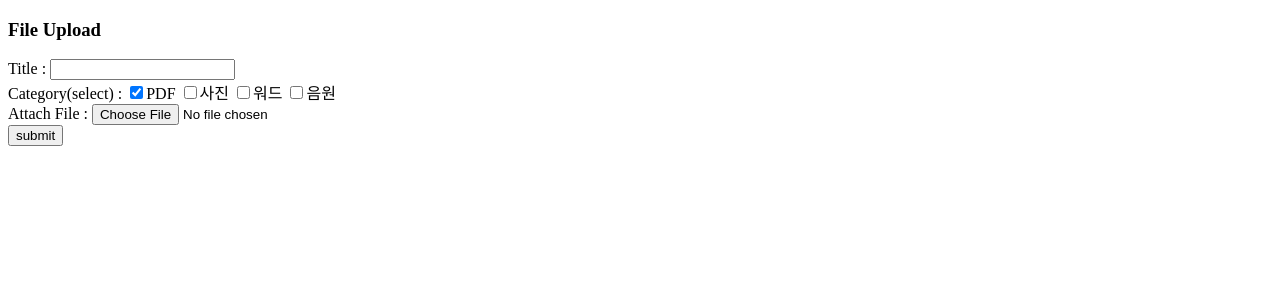
Repository: Jadedvst/Java_JSP-Servlet
Page: http://localhost/MustHaveJSP/13FileUpload/FileUploadMain.jsp
These files come from the project's save history. The page is drawn as it stood at one moment and after the next save; the edit follows.
The browser window is 1280 px wide. The pictures show the whole page.
The page is served by Tomcat 10. Other server files are loaded and not shown.

Above is the page before, as saved 2023-12-20 08:30:41.

### MustHaveJSP/src/main/webapp/13FileUpload/FileUploadMain.jsp
<%@ page language="java" contentType="text/html; charset=UTF-8"
    pageEncoding="UTF-8"%>
<!DOCTYPE html>
<html>
<head>
<meta charset="UTF-8">
<title>FileUploadMain.jsp</title>
</head>
<script>
function validateForm(form){
	if(form.title.value==""){
		alert("제목을 입력하세요.");
		form.title.focus();
		return false
	}
	/* if(form.cate.value==""){
		alert("카테고리를 입력하세요.");
		form.title.focus();
		return false
	} */
	if(form.ofile.value==""){
		alert("첨부 파일은 필수 입력입니다.");
		return false
	}
}
</script>
<body>
	<h3>File Upload</h3>
	<span style="color:red;">${ errorMessage }</span>
	<form name="fileForm" method="post" enctype="multipart/form-data"
		action="UploadProcess.do" onsubmit="return validateForm(this);">
		Title : <input type="text" name ="title" /><br/>
		Category(select) :
			<input type="checkbox" name ="cate" value="PDF" checked/>PDF
			<input type="checkbox" name ="cate" value="사진" />사진
			<input type="checkbox" name ="cate" value="워드" />워드
			<input type="checkbox" name ="cate" value="음원" />음원<br/>
		Attach File : <input type="file" name ="ofile"/><br/>
		<input type="submit" value ="submit"/><br/>
	</form>
</body>
</html>

After the next save:
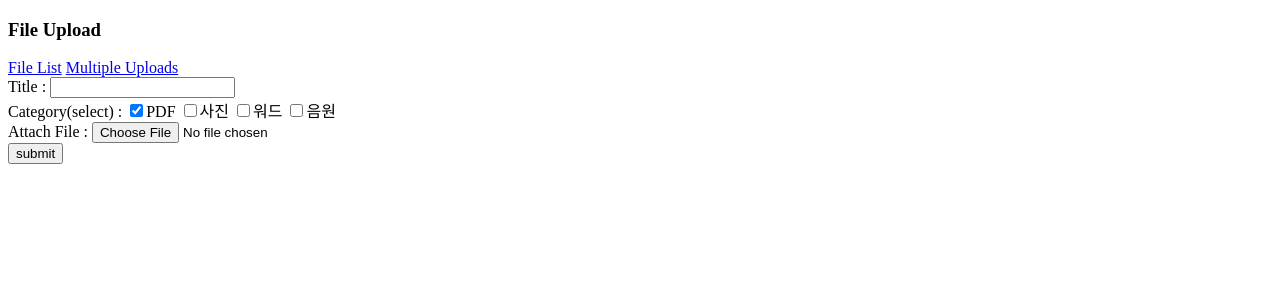
Saved 16 min 9 s later.
--- a/MustHaveJSP/src/main/webapp/13FileUpload/FileUploadMain.jsp
+++ b/MustHaveJSP/src/main/webapp/13FileUpload/FileUploadMain.jsp
@@ -26,6 +26,8 @@ function validateForm(form){
 </script>
 <body>
 	<h3>File Upload</h3>
+	<a href="FileList.jsp">File List</a>
+	<a href="MultiUploadMain.jsp">Multiple Uploads</a>
 	<span style="color:red;">${ errorMessage }</span>
 	<form name="fileForm" method="post" enctype="multipart/form-data"
 		action="UploadProcess.do" onsubmit="return validateForm(this);">
